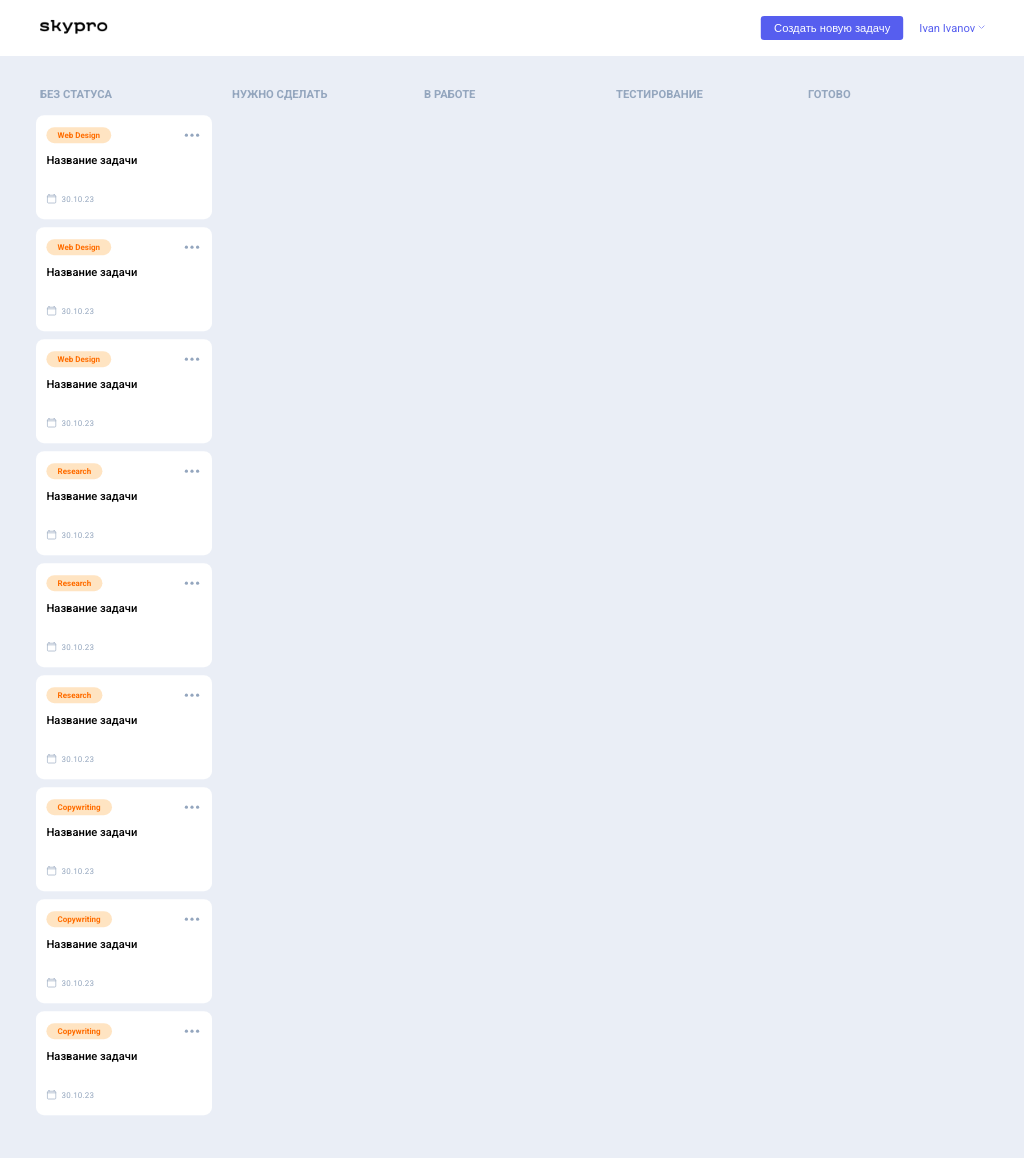
Repository: Olchik-resh/skypro-kanban
Page: /
An editor plug-in stored every save of this project. The page is shown before and after the next save, followed by the edit.
The browser window is 1280 px wide. The pictures show the whole page, at 80% of full size.
The project was rebuilt for these pictures with package versions that can differ from the ones it lists, and the page was loaded fresh each time. Also part of the build but not shown: vite.config.js.

Above is the page before, as saved 2025-07-27 14:01:41.

### index.html
<!doctype html>
<html lang="">
  <head>
    <meta charset="UTF-8" />
    <link rel="icon" href="/public/favicon.ico" />
    <meta name="viewport" content="width=device-width, initial-scale=1.0" />
    <link rel="preconnect" href="https://fonts.googleapis.com" />
    <link rel="preconnect" href="https://fonts.gstatic.com" crossorigin />
    <link
      href="https://fonts.googleapis.com/css2?family=Roboto+Flex:opsz,wght@8..144,200;8..144,300;8..144,400;8..144,700;8..144,800;8..144,900&family=Roboto:wght@400;500;700&display=swap"
      rel="stylesheet"
    />
    <title>Skypro</title>
  </head>
  <body>
    <div id="app"></div>
    <script type="module" src="/src/main.js"></script>
  </body>
</html>

### src/components/BaseHeader.vue
<template>
  <header class="header">
    <div class="container">
      <div class="header__block">
        <div class="header__logo _show _light">
          <a href="" target="_self"><img src="/src/assets/images/logo.png" alt="logo" /></a>
        </div>
        <div class="header__logo _dark">
          <a href="" target="_self"><img src="/src/assets/images/logo_dark.png" alt="logo" /></a>
        </div>
        <nav class="header__nav">
          <button class="header__btn-main-new _hover01" id="btnMainNew">
            <a href="#popNewCard">Создать новую задачу</a>
          </button>
          <UserModal />
        </nav>
      </div>
    </div>
  </header>
</template>

<script setup>
import UserModal from './UserModal.vue'
</script>

<style lang="scss" scoped></style>

### src/components/ExitModal.vue
<template>
  <div class="pop-exit__container">
    <div class="pop-exit__block">
      <div class="pop-exit__ttl">
        <h2>Выйти из аккаунта?</h2>
      </div>
      <form class="pop-exit__form" id="formExit" action="#">
        <div class="pop-exit__form-group">
          <button class="pop-exit__exit-yes _hover01" id="exitYes">
            <a href="modal/signin.html">Да, выйти</a>
          </button>
          <button class="pop-exit__exit-no _hover03" id="exitNo">
            <a href="main.html">Нет, остаться</a>
          </button>
        </div>
      </form>
    </div>
  </div>
</template>

<script setup></script>

<style lang="scss" scoped></style>

### src/components/NewCardModal.vue
<template>
  <div class="pop-new-card__container">
    <div class="pop-new-card__block">
      <div class="pop-new-card__content">
        <h3 class="pop-new-card__ttl">Создание задачи</h3>
        <a href="#" class="pop-new-card__close">&#10006;</a>
        <div class="pop-new-card__wrap">
          <form class="pop-new-card__form form-new" id="formNewCard" action="#">
            <div class="form-new__block">
              <label for="formTitle" class="subttl">Название задачи</label>
              <input
                class="form-new__input"
                type="text"
                name="name"
                id="formTitle"
                placeholder="Введите название задачи..."
                autofocus
              />
            </div>
            <div class="form-new__block">
              <label for="textArea" class="subttl">Описание задачи</label>
              <textarea
                class="form-new__area"
                name="text"
                id="textArea"
                placeholder="Введите описание задачи..."
              ></textarea>
            </div>
          </form>
          <div class="pop-new-card__calendar calendar">
            <p class="calendar__ttl subttl">Даты</p>
            <div class="calendar__block">
              <div class="calendar__nav">
                <div class="calendar__month">Сентябрь 2023</div>
                <div class="nav__actions">
                  <div class="nav__action" data-action="prev">
                    <svg
                      xmlns="http://www.w3.org/2000/svg"
                      width="6"
                      height="11"
                      viewBox="0 0 6 11"
                    >
                      <path
                        d="M5.72945 1.95273C6.09018 1.62041 6.09018 1.0833 5.72945 0.750969C5.36622 0.416344 4.7754 0.416344 4.41218 0.750969L0.528487 4.32883C-0.176162 4.97799 -0.176162 6.02201 0.528487 6.67117L4.41217 10.249C4.7754 10.5837 5.36622 10.5837 5.72945 10.249C6.09018 9.9167 6.09018 9.37959 5.72945 9.04727L1.87897 5.5L5.72945 1.95273Z"
                      />
                    </svg>
                  </div>
                  <div class="nav__action" data-action="next">
                    <svg
                      xmlns="http://www.w3.org/2000/svg"
                      width="6"
                      height="11"
                      viewBox="0 0 6 11"
                    >
                      <path
                        d="M0.27055 9.04727C-0.0901833 9.37959 -0.0901832 9.9167 0.27055 10.249C0.633779 10.5837 1.2246 10.5837 1.58783 10.249L5.47151 6.67117C6.17616 6.02201 6.17616 4.97799 5.47151 4.32883L1.58782 0.75097C1.2246 0.416344 0.633778 0.416344 0.270549 0.75097C-0.0901831 1.0833 -0.090184 1.62041 0.270549 1.95273L4.12103 5.5L0.27055 9.04727Z"
                      />
                    </svg>
                  </div>
                </div>
              </div>
              <div class="calendar__content">
                <div class="calendar__days-names">
                  <div class="calendar__day-name">пн</div>
                  <div class="calendar__day-name">вт</div>
                  <div class="calendar__day-name">ср</div>
                  <div class="calendar__day-name">чт</div>
                  <div class="calendar__day-name">пт</div>
                  <div class="calendar__day-name -weekend-">сб</div>
                  <div class="calendar__day-name -weekend-">вс</div>
                </div>
                <div class="calendar__cells">
                  <div class="calendar__cell _other-month">28</div>
                  <div class="calendar__cell _other-month">29</div>
                  <div class="calendar__cell _other-month">30</div>
                  <div class="calendar__cell _cell-day">31</div>
                  <div class="calendar__cell _cell-day">1</div>
                  <div class="calendar__cell _cell-day _weekend">2</div>
                  <div class="calendar__cell _cell-day _weekend">3</div>
                  <div class="calendar__cell _cell-day">4</div>
                  <div class="calendar__cell _cell-day">5</div>
                  <div class="calendar__cell _cell-day">6</div>
                  <div class="calendar__cell _cell-day">7</div>
                  <div class="calendar__cell _cell-day _current">8</div>
                  <div class="calendar__cell _cell-day _weekend">9</div>
                  <div class="calendar__cell _cell-day _weekend">10</div>
                  <div class="calendar__cell _cell-day">11</div>
                  <div class="calendar__cell _cell-day">12</div>
                  <div class="calendar__cell _cell-day">13</div>
                  <div class="calendar__cell _cell-day">14</div>
                  <div class="calendar__cell _cell-day">15</div>
                  <div class="calendar__cell _cell-day _weekend">16</div>
                  <div class="calendar__cell _cell-day _weekend">17</div>
                  <div class="calendar__cell _cell-day">18</div>
                  <div class="calendar__cell _cell-day">19</div>
                  <div class="calendar__cell _cell-day">20</div>
                  <div class="calendar__cell _cell-day">21</div>
                  <div class="calendar__cell _cell-day">22</div>
                  <div class="calendar__cell _cell-day _weekend">23</div>
                  <div class="calendar__cell _cell-day _weekend">24</div>
                  <div class="calendar__cell _cell-day">25</div>
                  <div class="calendar__cell _cell-day">26</div>
                  <div class="calendar__cell _cell-day">27</div>
                  <div class="calendar__cell _cell-day">28</div>
                  <div class="calendar__cell _cell-day">29</div>
                  <div class="calendar__cell _cell-day _weekend">30</div>
                  <div class="calendar__cell _other-month _weekend">1</div>
                </div>
              </div>

              <input type="hidden" id="datepick_value" value="08.09.2023" />
              <div class="calendar__period">
                <p class="calendar__p date-end">
                  Выберите срок исполнения <span class="date-control"></span>.
                </p>
              </div>
            </div>
          </div>
        </div>
        <div class="pop-new-card__categories categories">
          <p class="categories__p subttl">Категория</p>
          <div class="categories__themes">
            <div class="categories__theme _orange _active-category">
              <p class="_orange">Web Design</p>
            </div>
            <div class="categories__theme _green">
              <p class="_green">Research</p>
            </div>
            <div class="categories__theme _purple">
              <p class="_purple">Copywriting</p>
            </div>
          </div>
        </div>
        <button class="form-new__create _hover01" id="btnCreate">Создать задачу</button>
      </div>
    </div>
  </div>
</template>

<script setup></script>

<style lang="scss" scoped></style>

### src/components/TaskDesk.vue
<template>
  <main class="main">
    <div class="container">
      <div class="main__block">
        <div class="main__content">
          <TaskColumn :tasks="noStatusTask" title="Без статуса" />
          <TaskColumn :tasks="doStatusTask" title="Нужно сделать" />
          <TaskColumn :tasks="workStatusTask" title="В работе" />
          <TaskColumn :tasks="testStatusTask" title="Тестирование" />
          <TaskColumn :tasks="readyStatusTask" title="Готово" />
        </div>
      </div>
    </div>
  </main>
</template>

<script setup>
import { computed, onMounted, ref } from 'vue'
import TaskColumn from './TaskColumn.vue'
import { getTasks } from './mokcs/tasks.js'
const tasks = ref([])
const noStatusTask = computed(() => {
  return tasks.value.filter((el) => {
    return el.status === 'Без статуса'
  })
})
const doStatusTask = computed(() => {
  return tasks.value.filter((el) => {
    return el.status === 'Нужно сделать'
  })
})
const workStatusTask = computed(() => {
  return tasks.value.filter((el) => {
    return el.status === 'В работе'
  })
})
const testStatusTask = computed(() => {
  return tasks.value.filter((el) => {
    return el.status === 'Тестирование'
  })
})
const readyStatusTask = computed(() => {
  return tasks.value.filter((el) => {
    return el.status === 'Готово'
  })
})
onMounted(() => {
  tasks.value = getTasks()
})
</script>

<style lang="scss" scoped></style>

### src/components/UserModal.vue
<template>
  <a
    href="#user-set-target"
    class="header__user _hover02"
    @click="isUserModalVisible = !isUserModalVisible"
    >Ivan Ivanov</a
  >
  <div class="header__pop-user-set pop-user-set" id="user-set-target" v-if="!isUserModalVisible">
    <p class="pop-user-set__name">Ivan Ivanov</p>
    <p class="pop-user-set__mail">ivan.ivanov@gmail.com</p>
    <div class="pop-user-set__theme">
      <p>Темная тема</p>
      <input type="checkbox" class="checkbox" name="checkbox" />
    </div>
    <button type="button" class="_hover03"><a href="#popExit">Выйти</a></button>
  </div>
</template>

<script setup>
import { ref } from 'vue'
const isUserModalVisible = ref(true)
</script>

<style lang="scss" scoped></style>

### src/components/TaskColumn.vue
<template>
  <div class="main__column column">
    <div class="column__title">
      <p>{{ title }}</p>
    </div>
    <TaskCard
      v-for="task in tasks"
      :key="task.id"
      :title="task.title"
      :status="task.status"
      :topic="task.topic"
      :date="task.date"
    />
  </div>
</template>

<script setup>
import TaskCard from './TaskCard.vue'

defineProps({
  tasks: { type: Array, require: true },
  title: { type: String, require: true },
})
</script>

<style lang="scss" scoped></style>

### src/components/TaskCard.vue
<template>
  <div class="cards" v-for="task in tasks" :key="task.id">
    <div class="cards__item">
      <div class="cards__card card">
        <div class="card__group">
          <div class="card__theme _orange">
            <p class="_orange">{{ topic }}</p>
          </div>
          <a href="#popBrowse" target="_self">
            <div class="card__btn">
              <div></div>
              <div></div>
              <div></div>
            </div>
          </a>
        </div>
        <div class="card__content">
          <a href="" target="_blank">
            <h3 class="card__title">{{ title }}</h3>
          </a>
          <div class="card__date">
            <svg
              xmlns="http://www.w3.org/2000/svg"
              width="13"
              height="13"
              viewBox="0 0 13 13"
              fill="none"
            >
              <g clip-path="url(#clip0_1_415)">
                <path
                  d="M10.5625 2.03125H2.4375C1.7644 2.03125 1.21875 2.5769 1.21875 3.25V10.5625C1.21875 11.2356 1.7644 11.7812 2.4375 11.7812H10.5625C11.2356 11.7812 11.7812 11.2356 11.7812 10.5625V3.25C11.7812 2.5769 11.2356 2.03125 10.5625 2.03125Z"
                  stroke="#94A6BE"
                  stroke-width="0.8"
                  stroke-linejoin="round"
                />
                <path
                  d="M11.7812 4.0625H1.21875M3.25 1.21875V2.03125V1.21875ZM9.75 1.21875V2.03125V1.21875Z"
                  stroke="#94A6BE"
                  stroke-width="0.8"
                  stroke-linecap="round"
                  stroke-linejoin="round"
                />
              </g>
              <defs>
                <clipPath id="clip0_1_415">
                  <rect width="13" height="13" fill="white" />
                </clipPath>
              </defs>
            </svg>
            <p>{{ date }}</p>
          </div>
        </div>
      </div>
    </div>
  </div>
</template>

<script setup>
import { getTasks } from './mokcs/tasks.js'
import { onMounted, ref } from 'vue'
const tasks = ref([])
onMounted(() => {
  tasks.value = getTasks()
});
defineProps({
  id: String,
  topic: String,
  title: String,
  date: String,
  status: String,
})
</script>

<style lang="scss" scoped></style>

Loaded but not shown: src/App.vue (common file); src/router/index.js (common file); src/components/mokcs/tasks.js (15 lines, source omitted); src/main.js (8 lines, source omitted); src/assets/css/main.css (1107 lines, source omitted); src/views/HomeView.vue (200 lines, source omitted)

After the next save:
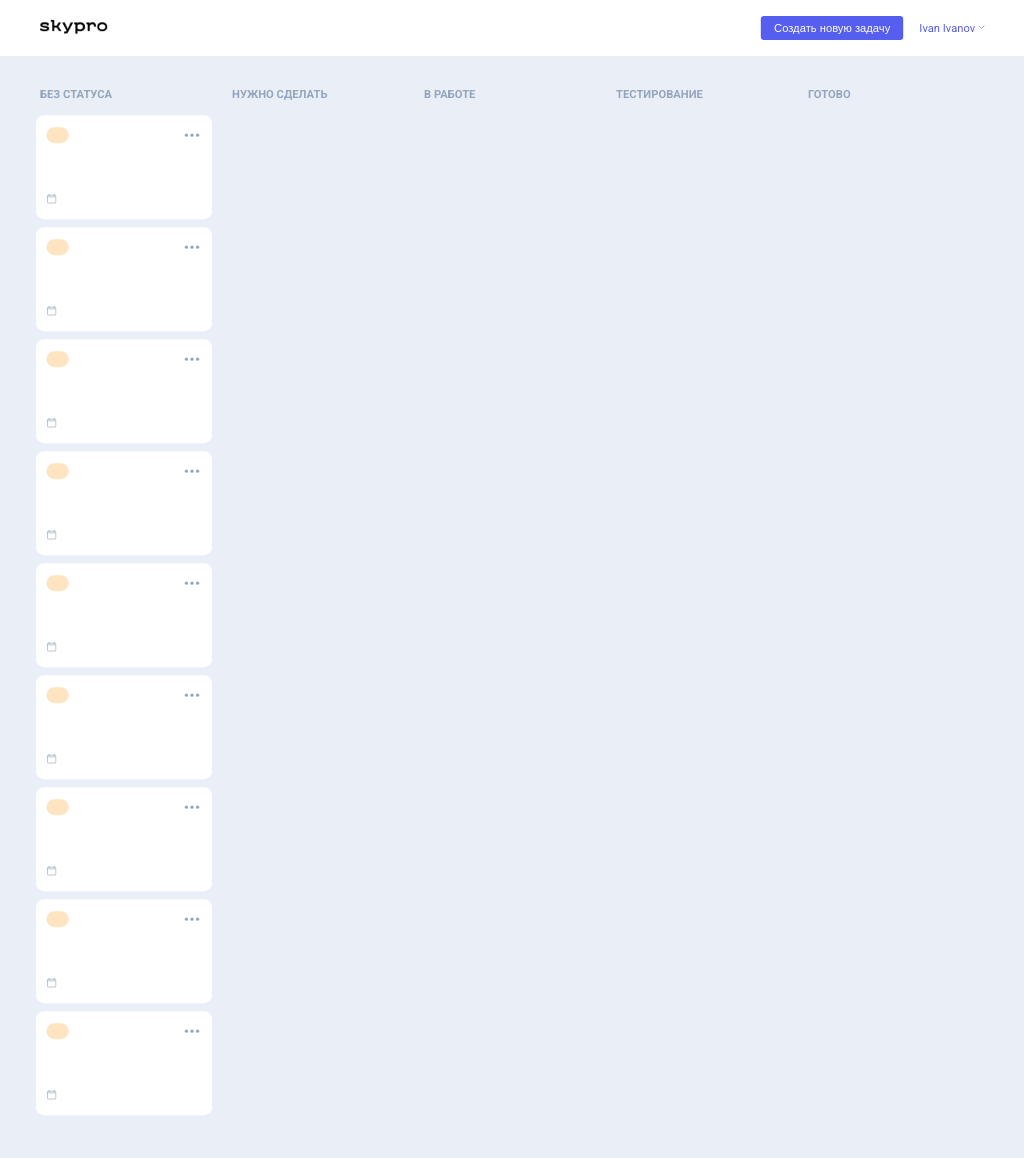
Saved 7 s later.
--- a/src/components/TaskCard.vue
+++ b/src/components/TaskCard.vue
@@ -62,13 +62,13 @@
 onMounted(() => {
   tasks.value = getTasks()
 });
-defineProps({
-  id: String,
-  topic: String,
-  title: String,
-  date: String,
-  status: String,
-})
+// defineProps({
+//   id: String,
+//   topic: String,
+//   title: String,
+//   date: String,
+//   status: String,
+// })
 </script>
 
 <style lang="scss" scoped></style>

After the save that followed:
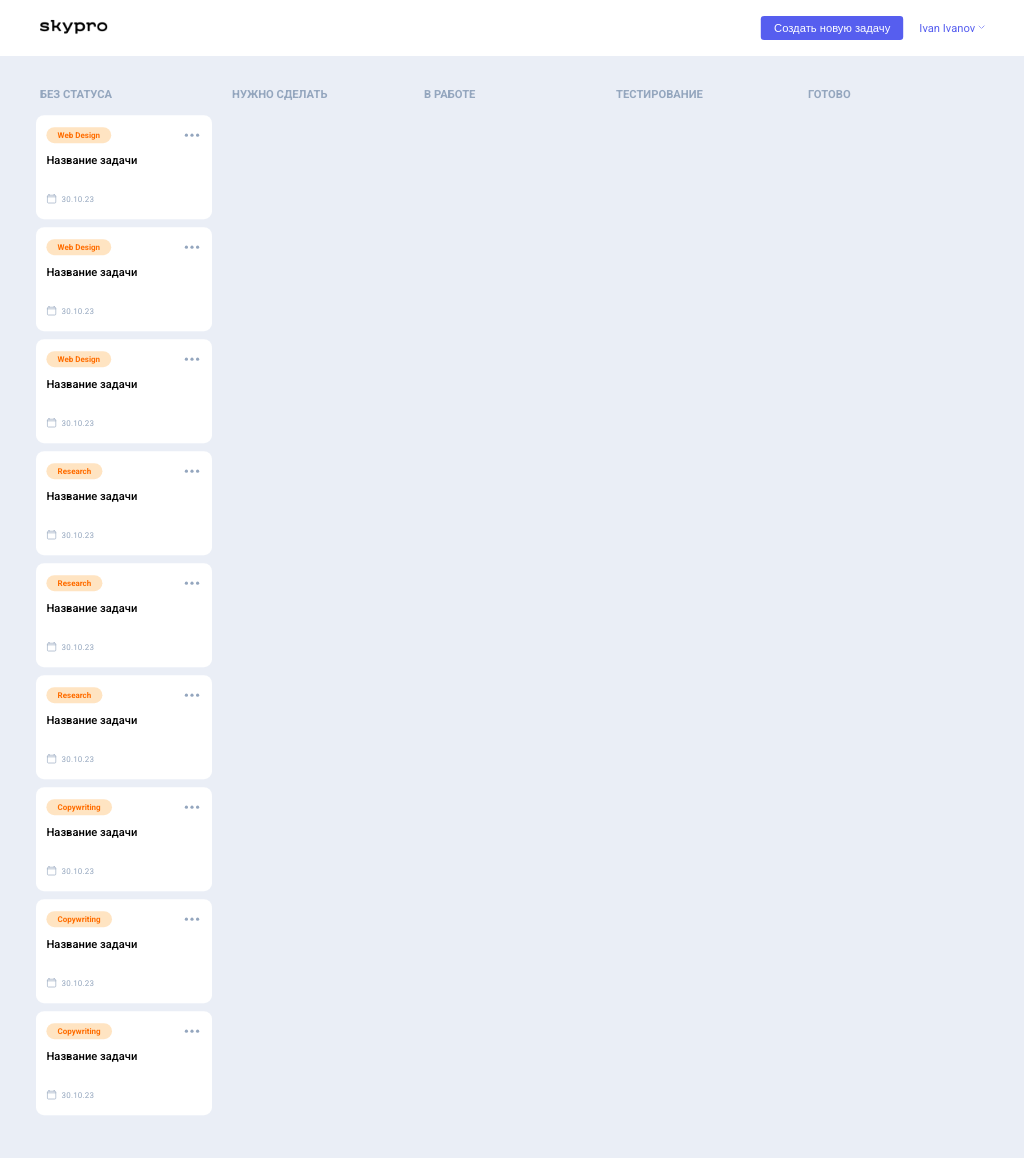
Saved 10 s later.
--- a/src/components/TaskCard.vue
+++ b/src/components/TaskCard.vue
@@ -62,13 +62,13 @@
 onMounted(() => {
   tasks.value = getTasks()
 });
-// defineProps({
-//   id: String,
-//   topic: String,
-//   title: String,
-//   date: String,
-//   status: String,
-// })
+defineProps({
+  id: String,
+  topic: String,
+  title: String,
+  date: String,
+  status: String,
+})
 </script>
 
 <style lang="scss" scoped></style>
